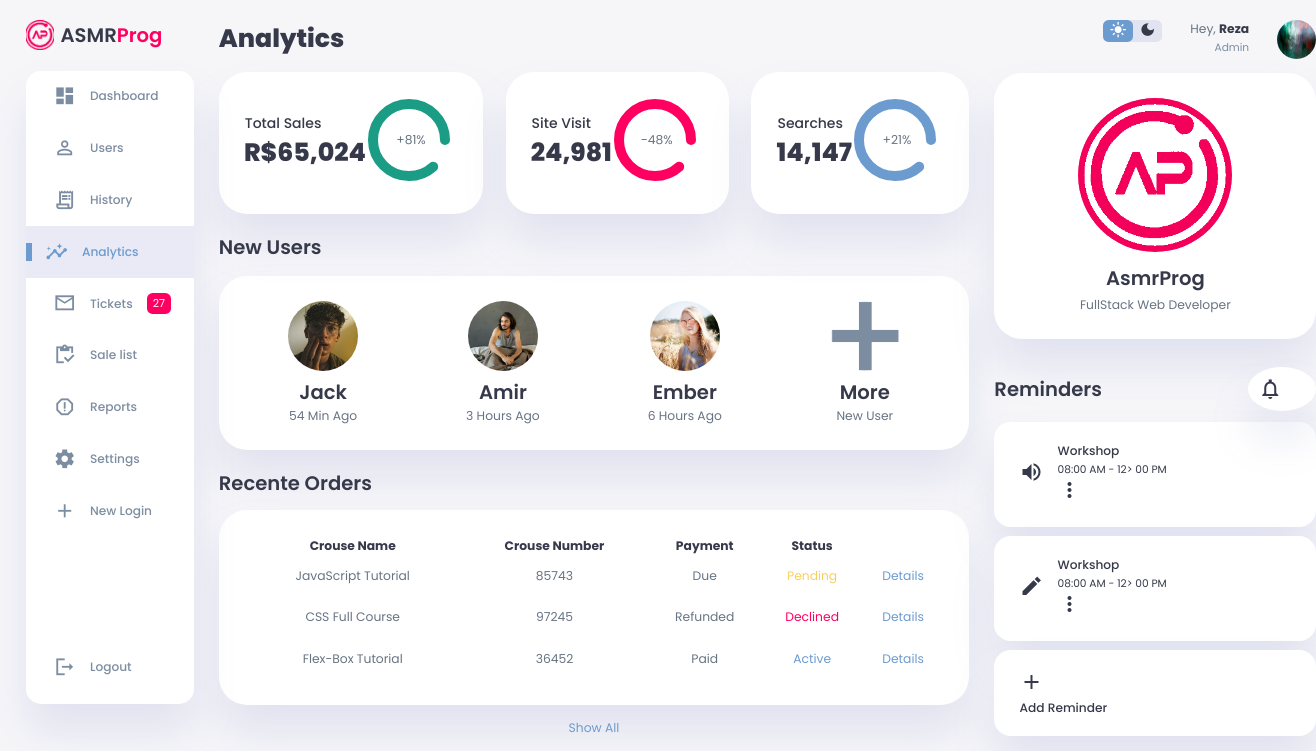
Repository: pheonix5/ProjetosRN-linux
Page: DashBoard/index.html
The author's editor kept a copy of each file at every save. The page is drawn from the files as they stood at one save, then again after the next save.
The browser window is 1280 px wide. The page is 1316 px wide, so the pictures cover 1316 px, including what lies to the right of the window. The pictures show the whole page.

Above is the page before, as saved 2023-08-06 03:07:53.

After the next save:
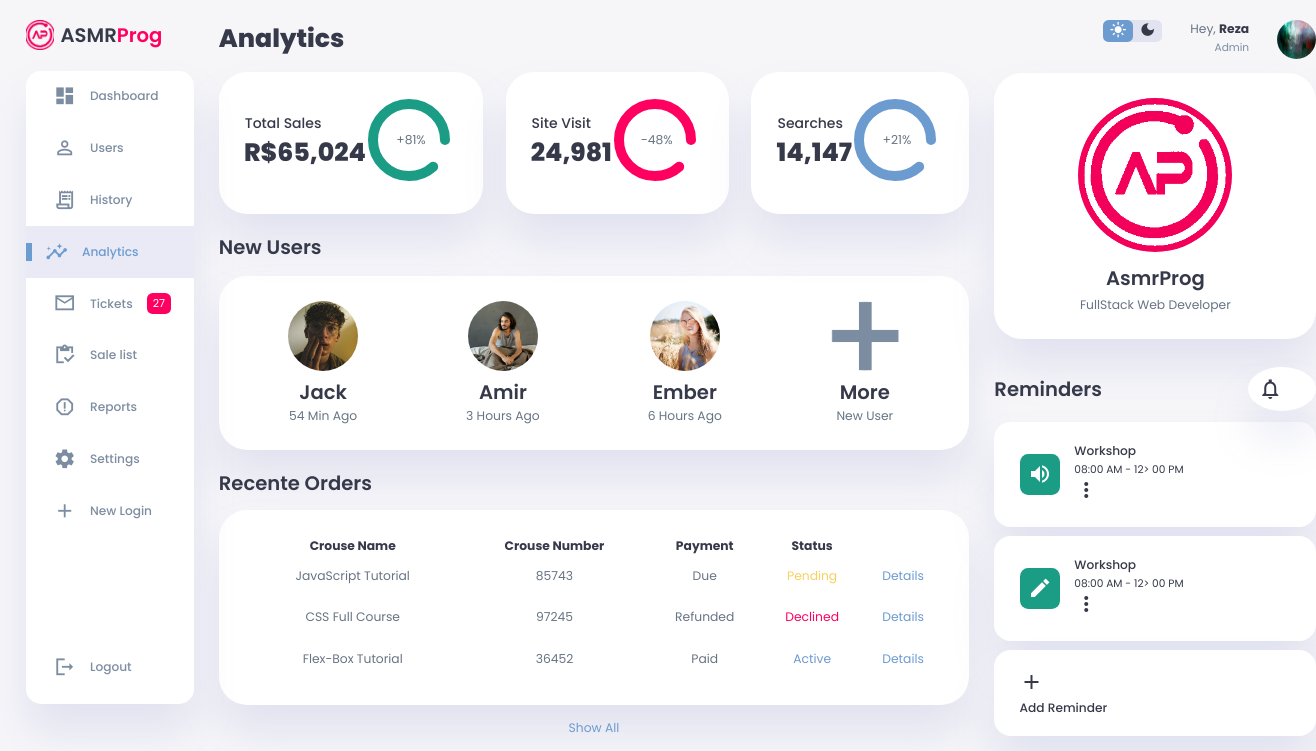
Saved 62 s later.
--- a/DashBoard/style.css
+++ b/DashBoard/style.css
@@ -500,3 +500,15 @@ main .recent-orders a{
   margin: 0;
   width: 100%;
 }
+
+.right-section .reminders .notification .icon{
+  padding: 0.6rem;
+  color:  var(--color-white);
+  background-color: var(--color-success);
+  border-radius: 20%;
+  display: flex;
+}
+
+.right-section .reminders .notification.deactive icon{
+  background-color: var(--color-danger);
+}
